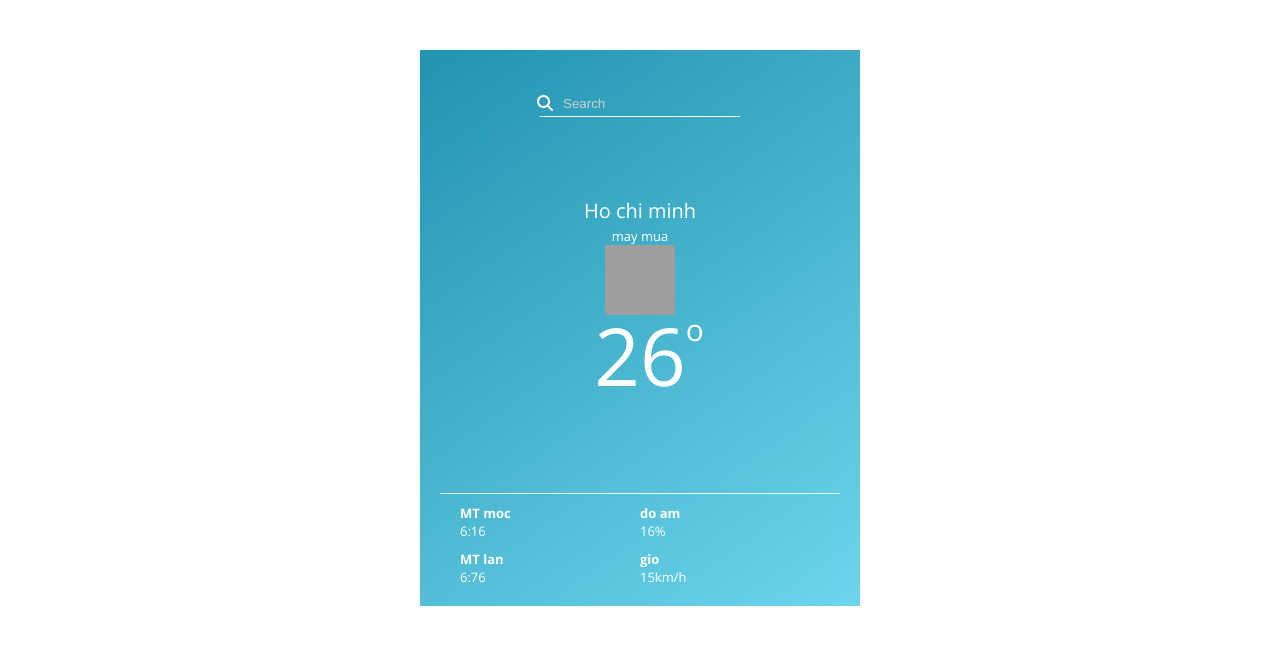
Repository: tienbkvn0605/weatherApp
Page: index.html
These files come from the project's save history. The page is drawn as it stood at one moment and after the next save; the edit follows.
The browser window is 1280 px wide. The pictures show the whole page.
Pictures or frames that could not be fetched are drawn as grey boxes.

Above is the page before, as saved 2022-10-07 18:25:57.

After the next save:
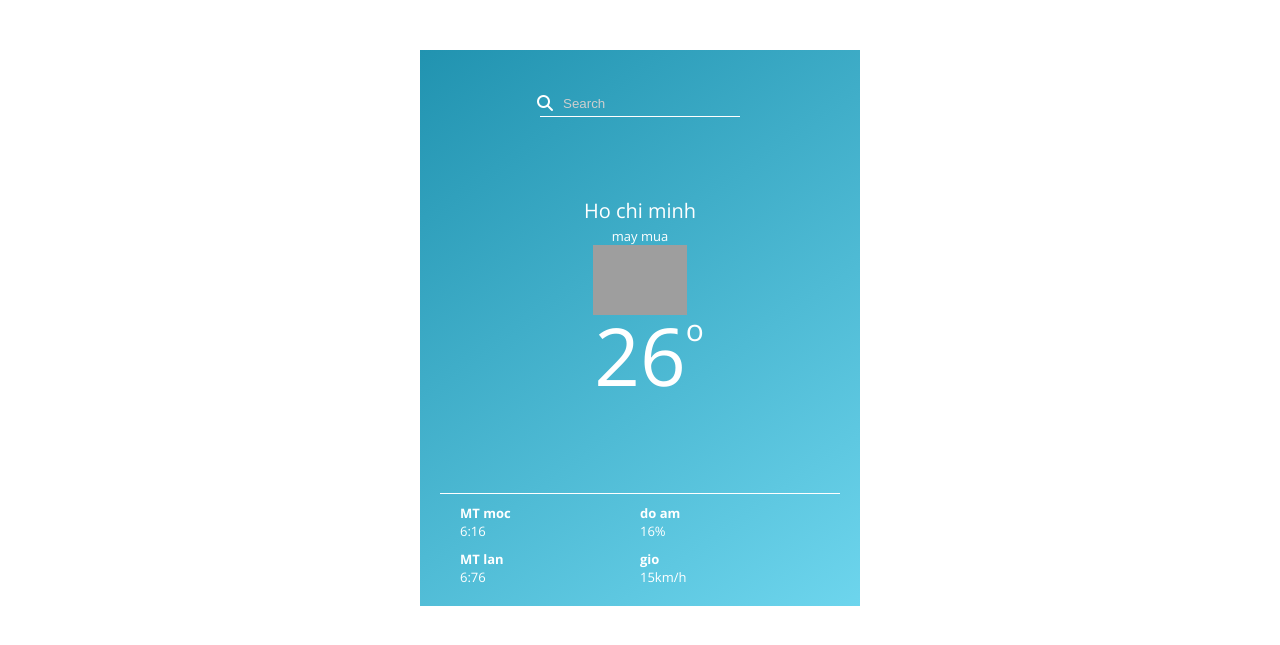
Saved 27 s later.
--- a/appstyle.css
+++ b/appstyle.css
@@ -54,7 +54,7 @@ body {
   font-size: 13px;
 }
 .weather-icon {
-  width: 70px;
+  width: 9;
   height: 70px;
 }
 .temperature {
